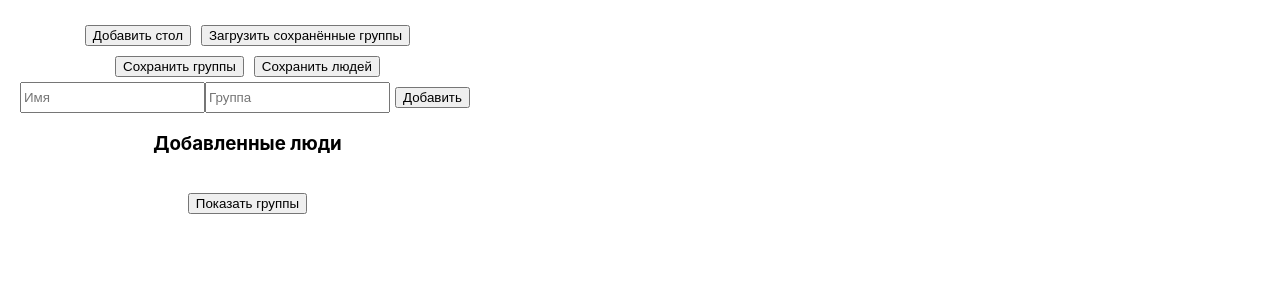
Repository: Vahan-23/Table-V2
Page: /
The author's editor kept a copy of each file at every save. The page is drawn from the files as they stood at one save, then again after the next save.
The browser window is 1280 px wide. The pictures show the whole page.
The project was rebuilt for these pictures with package versions that can differ from the ones it lists, and the page was loaded fresh each time.

Above is the page before, as saved 2025-02-25 18:01:36.

### src/App.js
import './App.css';
import SeatingArrangement from './component/SeatingArrangement';

function App() {
  return (
    <div className="App">
      <SeatingArrangement />
    </div>
  );
}

export default App;

### src/component/SeatingArrangement.jsx
import React, { useState, useEffect } from 'react';
import { useDrag, useDrop } from 'react-dnd';
import { DndProvider } from 'react-dnd';
import { HTML5Backend } from 'react-dnd-html5-backend';
import './App.css';

const SeatingArrangement = () => {
    const [tables, setTables] = useState([]);
    const [people, setPeople] = useState([]);
    const [groupInput, setGroupInput] = useState('');
    const [peopleInput, setPeopleInput] = useState('');
    const [showGroups, setShowGroups] = useState(false);
    const [draggingGroup, setDraggingGroup] = useState(null);
    const [zoom, setZoom] = useState(1);
    const [chairCount, setChairCount] = useState(12);

    useEffect(() => {
        window.addEventListener("wheel", handleWheel, { passive: false });
        return () => window.removeEventListener("wheel", handleWheel);
    }, []);

    const handleWheel = (e) => {
        if (e.ctrlKey) {
            e.preventDefault();
            setZoom((prevZoom) => {
                let newZoom = prevZoom + (e.deltaY > 0 ? -0.1 : 0.1);
                return Math.min(Math.max(newZoom, 0.5), 2); // Ограничиваем от 0.5x до 2x
            });
        }
    };

    useEffect(() => {
        const savedTables = JSON.parse(localStorage.getItem('tables'));
        if (savedTables) setTables(savedTables);
        const savedPeople = JSON.parse(localStorage.getItem('people'));
        if (savedPeople) setPeople(savedPeople);
    }, []);

    const handleAddPerson = () => {
        if (peopleInput && groupInput) {
            const newPerson = { name: peopleInput, group: groupInput };
            setPeople([...people, newPerson]);
            setPeopleInput('');
            setGroupInput('');
        } else {
            alert('Пожалуйста, заполните все поля.');
        }
    };

    const handleDeletePerson = (personName) => {
        setPeople(people.filter((person) => person.name !== personName));
    };

    const handleAddTable = () => {
        setTables([...tables, { id: Date.now(), people: [], chairCount }]); // Передаем количество стульев в таблицу
    };


    const handleChairCountChange = (e) => {
        setChairCount(parseInt(e.target.value, 10)); // Изменяем количество стульев
    };

    const handleDeleteTable = (tableId) => {
        setTables(tables.filter((table) => table.id !== tableId));
    };

    const saveTables = () => {
        localStorage.setItem('tables', JSON.stringify(tables));
    };

    const loadSavedTables = () => {
        const savedTables = JSON.parse(localStorage.getItem('tables'));
        if (savedTables) setTables(savedTables);
    };

    const savePeople = () => {
        localStorage.setItem('people', JSON.stringify(people));
    };


    const renderGroups = () => {
        const groupedPeople = people.reduce((acc, person) => {
            if (!acc[person.group]) acc[person.group] = [];
            acc[person.group].push(person);
            return acc;
        }, {});

        return Object.values(groupedPeople).map((group, index) => (
            <Group
                key={index}
                group={group}
                groupName={`Группа ${index + 1}`}
                setDraggingGroup={setDraggingGroup}
            />
        ));
    };


    return (
        <DndProvider backend={HTML5Backend}>
            <div className="container">
                <div className="left-panel">
                    <div className="controls">
                        <button onClick={handleAddTable}>Добавить стол</button>
                        <button onClick={loadSavedTables}>Загрузить сохранённые группы</button>
                        <button onClick={saveTables}>Сохранить группы</button>
                        <button onClick={savePeople}>Сохранить людей</button>
                    </div>

                    <div className="person-input">
                        <input
                            type="text"
                            value={peopleInput}
                            onChange={(e) => setPeopleInput(e.target.value)}
                            placeholder="Имя"
                        />
                        <input
                            type="text"
                            value={groupInput}
                            onChange={(e) => setGroupInput(e.target.value)}
                            placeholder="Группа"
                        />
                        <button onClick={handleAddPerson}>Добавить</button>
                    </div>

                    <div className="people-list">
                        <h3>Добавленные люди</h3>
                        <ul>
                            {people.map((person, index) => (
                                <li key={index}>
                                    {person.name} (Группа {person.group})
                                    <button
                                        onClick={() => handleDeletePerson(person.name)}
                                        className="delete-btn"
                                    >
                                        Удалить
                                    </button>
                                </li>
                            ))}
                        </ul>
                    </div>

                    <div className="toggle-groups">
                        <button onClick={() => setShowGroups(!showGroups)}>
                            {showGroups ? 'Скрыть группы' : 'Показать группы'}
                        </button>
                        {showGroups && (
                            <div className="group-list">

                                <h3>Группы для перетаскивания:</h3>
                                {renderGroups()}
                                <div className="controls">
                                    <button onClick={() => setZoom((z) => Math.min(z + 0.1, 2))}>+</button>
                                    <button onClick={() => setZoom((z) => Math.max(z - 0.1, 0.5))}>-</button>
                                </div>
                            </div>
                        )}
                    </div>
                </div>

                <div className="right-panel" style={{ transform: `scale(${zoom})`, transformOrigin: "center" }}>
            {tables.map((table) => (
                <Table
                    key={table.id}
                    table={table}
                    setTables={setTables}
                    handleDeleteTable={handleDeleteTable}
                    draggingGroup={draggingGroup}
                    setDraggingGroup={setDraggingGroup}
                    people={people} // Pass the `people` prop here
                />
            ))}

            {draggingGroup && (
                <NewTable
                    draggingGroup={draggingGroup}
                    setTables={setTables}
                    setDraggingGroup={setDraggingGroup}
                />
            )}
        </div>
            </div>
        </DndProvider>
    );
};

const Popup = ({ people, onSelectPerson, onClose }) => {
    return (
        <div className="popup-overlay" onClick={onClose}>
            <div className="popup-content" onClick={(e) => e.stopPropagation()}>
                <h3>Выберите человека</h3>
                <ul>
                    {people.map((person, index) => (
                        <li key={index}>
                            <button onClick={() => onSelectPerson(person)}>
                                {person.name}
                            </button>
                        </li>
                    ))}
                </ul>
                <button onClick={onClose}>Закрыть</button>
            </div>
        </div>
    );
};

// Компонент Table
const Table = ({ table, setTables, handleDeleteTable, draggingGroup, setDraggingGroup, people }) => {
    const [selectedChairIndex, setSelectedChairIndex] = useState(null);
    const [isPopupVisible, setIsPopupVisible] = useState(false);

    const [, drop] = useDrop({
        accept: 'GROUP',
        drop: (item) => {
            if (table.people.length + item.group.length <= 12) {
                setTables((prevTables) =>
                    prevTables.map((t) =>
                        t.id === table.id
                            ? { ...t, people: [...t.people, ...item.group] }
                            : t
                    )
                );
                setDraggingGroup(null);
            } else {
                alert('На столе не может быть больше 12 человек!');
            }
        },
    });

    const handleChairClick = (index) => {
        setSelectedChairIndex(index);
        setIsPopupVisible(true); // Показываем попап
    };

    const handleSelectPerson = (person) => {
        if (selectedChairIndex !== null) {
            const updatedPeople = [...table.people];
            updatedPeople[selectedChairIndex] = person;
            setTables((prevTables) =>
                prevTables.map((t) =>
                    t.id === table.id ? { ...t, people: updatedPeople } : t
                )
            );
            setIsPopupVisible(false); // Закрываем попап
            setSelectedChairIndex(null); // Сбрасываем выбранный стул
        }
    };

    const filteredPeople = people.filter((person) => {
        return !table.people.some((tablePerson) => tablePerson && tablePerson.name === person.name);
    });

    const chairs = [];
    const maxChairs = 12;
    const angleStep = 360 / maxChairs;
    const radius = 140;

    const peopleOnTable = table.people || [];

    for (let i = 0; i < maxChairs; i++) {
        const angle = angleStep * i;
        const xPosition = radius * Math.cos((angle * Math.PI) / 180);
        const yPosition = radius * Math.sin((angle * Math.PI) / 180);

        const chairStyle = {
            position: 'absolute',
            top: '50%',
            left: '50%',
            transformOrigin: 'center',
            width: '60px',
            height: '60px',
            backgroundImage: peopleOnTable[i] ? "url('/red1.png')" : "url('/green2.png')",
            backgroundSize: 'cover',
            backgroundPosition: 'center',
            backgroundRepeat: 'no-repeat',
            color: 'white',
            display: 'flex',
            justifyContent: 'center',
            alignItems: 'center',
            borderRadius: '50%',
            fontSize: '12px',
            textAlign: 'center',
            left: `calc(50% + ${xPosition}px)`,
            top: `calc(50% + ${yPosition}px)`,
        };

        if (angle >= 0 && angle < 90) {
            chairStyle.transform = `rotate(${angle + 90}deg)`;
        } else if (angle >= 90 && angle < 180) {
            chairStyle.transform = `rotate(${angle + 90}deg)`;
        } else if (angle >= 180 && angle < 270) {
            chairStyle.transform = `rotate(${angle + 90}deg)`;
        } else {
            chairStyle.transform = `rotate(${angle + 90}deg)`;
        }

        chairs.push(
            <div
                key={i}
                className="chair"
                style={chairStyle}
                onClick={() => handleChairClick(i)}
            >
                {peopleOnTable[i] ? peopleOnTable[i].name : ''}
            </div>
        );
    }

    return (
        <div ref={drop} className="tableContainer">
            <h3>Стол {table.id}</h3>
            <div className="table">
                <div className="table-top">
                    {chairs}
                </div>
            </div>
            <button onClick={() => handleDeleteTable(table.id)}>Удалить стол</button>

            {isPopupVisible && (
                <div className="popup-overlay">
                    <div className="popup">
                        <h3>Выберите человека</h3>
                        <ul>
                            {filteredPeople.map((person) => (
                                <li key={person.name} onClick={() => handleSelectPerson(person)}>
                                    {person.name}
                                </li>
                            ))}
                        </ul>
                        <button onClick={() => setIsPopupVisible(false)}>Закрыть</button>
                    </div>
                </div>
            )}
        </div>
    );
};





const Group = ({ group, groupName, setDraggingGroup }) => {
    const [{ isDragging }, drag] = useDrag({
        type: 'GROUP',
        item: { group },
        collect: (monitor) => ({
            isDragging: monitor.isDragging(),
        }),
    });

    useEffect(() => {
        if (isDragging) {
            setDraggingGroup(group);
        }
    }, [isDragging, group, setDraggingGroup]);

    return (
        <div ref={drag} className="group" style={{ opacity: isDragging ? 0.5 : 1 }}>
            <h4>{groupName}</h4>
        </div>
    );
};




const NewTable = ({ draggingGroup, setTables, setDraggingGroup }) => {
    const [, drop] = useDrop({
        accept: 'GROUP',
        drop: (item) => {
            if (item.group.length <= 12) {
                const newTable = {
                    id: Date.now(),
                    people: item.group,
                };
                setTables((prevTables) => [...prevTables, newTable]);
            } else {
                alert('Новый стол не может содержать больше 12 человек!');
            }
            setDraggingGroup(null);
        },
    });

    return (
        <div ref={drop} className="new-table">
            Перетащите группу сюда, чтобы создать новый стол
        </div>
    );
};

export default SeatingArrangement;

### src/component/App.css
.container {
  display: flex;
  padding: 20px;
}

.left-panel {
  flex: 1;
  margin-right: 20px;
}

.right-panel {
  flex: 2;
  display: flex;
  flex-wrap: wrap;
  justify-content: flex-start;
}

.controls button, .person-input button {
  margin: 5px;
}

.person-input {
  display: flex;
  justify-content: space-between;
  margin-bottom: 10px;
}

.people-list ul {
  list-style-type: none;
  padding: 0;
}

.people-list li {
  margin-bottom: 10px;
}

.delete-btn {
  margin-left: 10px;
}

.toggle-groups button {
  margin-top: 20px;
}

.tableContainer{
  position: relative;
  display: flex;
  width: 450px;
  height: 450px;
  /* background-color: aqua; */
  justify-content: space-between;
  align-items: center;
  text-align: center;
  flex-direction: column;
  /* border-radius: 50%; */
  overflow: hidden;
}

.table {
  /* position: relative; */
  margin: 20px;
  width: 200px;
  height: 200px;
  border: 50px solid #e7d8c7;
  border-radius: 50%;
  display: flex;
  justify-content: center;
  align-items: center;
  background-image: url('../../public/table.jpg');
  background-size: cover;
}

.table-top {
  position: relative;
  top: -15%;
  left: -15%;
  /* /* width: 250px; */
  /* height: 250px; */
}

.chair {
  position: absolute;
  top: 25%;
  left: 25%;
  width: 60px;
  height: 60px;
  /* background-image: url('../../public/stul.png'); */
  /* background-color: #3498db; */
  color: white;
  display: flex;
  justify-content: center;
  align-items: center;
  border-radius: 50%;
  font-size: 12px;
  text-align: center;
  transform-origin: 0 0;
}

.new-table {
  width: 100px;
  height: 100px;
  background-color: lightgray;
  margin: 10px;
  display: flex;
  justify-content: center;
  align-items: center;
  font-size: 14px;
  border: 2px dashed #3498db;
  position: relative;
}

.group {
  padding: 10px;
  border: 1px solid black;
  margin-bottom: 10px;
  cursor: move;
}

.group h4 {
  margin: 0;
}

/* Стиль для затемнённого фона */
.popup-overlay {
  position: fixed;
  top: 0;
  left: 0;
  width: 100%;
  height: 100%;
  background: rgba(0, 0, 0, 0.7);
  display: flex;
  justify-content: center;
  align-items: center;
  z-index: 1000; /* Делает попап на переднем плане */
}

/* Стиль для самого попапа */
.popup {
  background-color: white;
  padding: 20px;
  border-radius: 8px;
  box-shadow: 0 4px 6px rgba(0, 0, 0, 0.1);
  width: 300px;
  max-height: 80%;
  overflow-y: auto;
}

/* Список людей */
.popup ul {
  list-style-type: none;
  padding: 0;
}

.popup li {
  padding: 10px;
  cursor: pointer;
  border-bottom: 1px solid #ddd;
}

.popup li:hover {
  background-color: #f0f0f0;
}

.popup button {
  margin-top: 10px;
  background-color: #ff6b6b;
  color: white;
  border: none;
  padding: 10px 15px;
  border-radius: 5px;
  cursor: pointer;
  font-size: 14px;
}

.popup button:hover {
  background-color: #ff4a4a;
}

Loaded but not shown: public/index.html (common file); src/index.js (common file); src/index.css (common file); src/reportWebVitals.js (common file); src/App.css (common file)

After the next save:
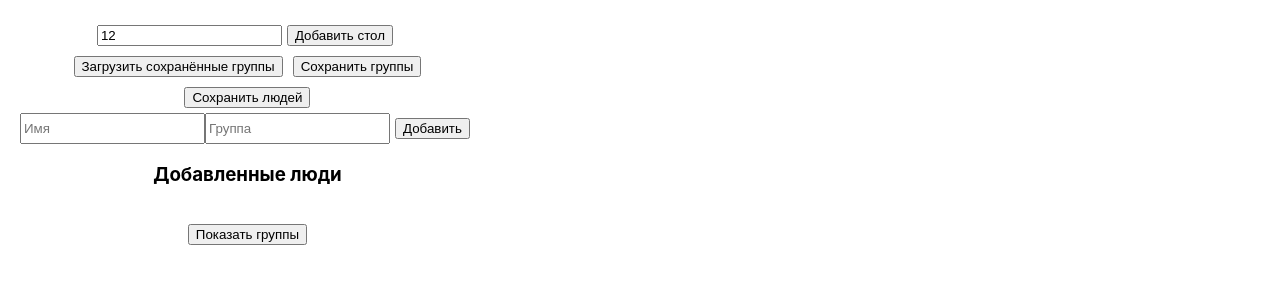
Saved 51 s later.
--- a/src/component/SeatingArrangement.jsx
+++ b/src/component/SeatingArrangement.jsx
@@ -101,6 +101,13 @@ const SeatingArrangement = () => {
             <div className="container">
                 <div className="left-panel">
                     <div className="controls">
+                    <input
+                            type="number"
+                            value={chairCount}
+                            onChange={handleChairCountChange}
+                            min="1"
+                            placeholder="Количество стульев на столе"
+                        />
                         <button onClick={handleAddTable}>Добавить стол</button>
                         <button onClick={loadSavedTables}>Загрузить сохранённые группы</button>
                         <button onClick={saveTables}>Сохранить группы</button>
